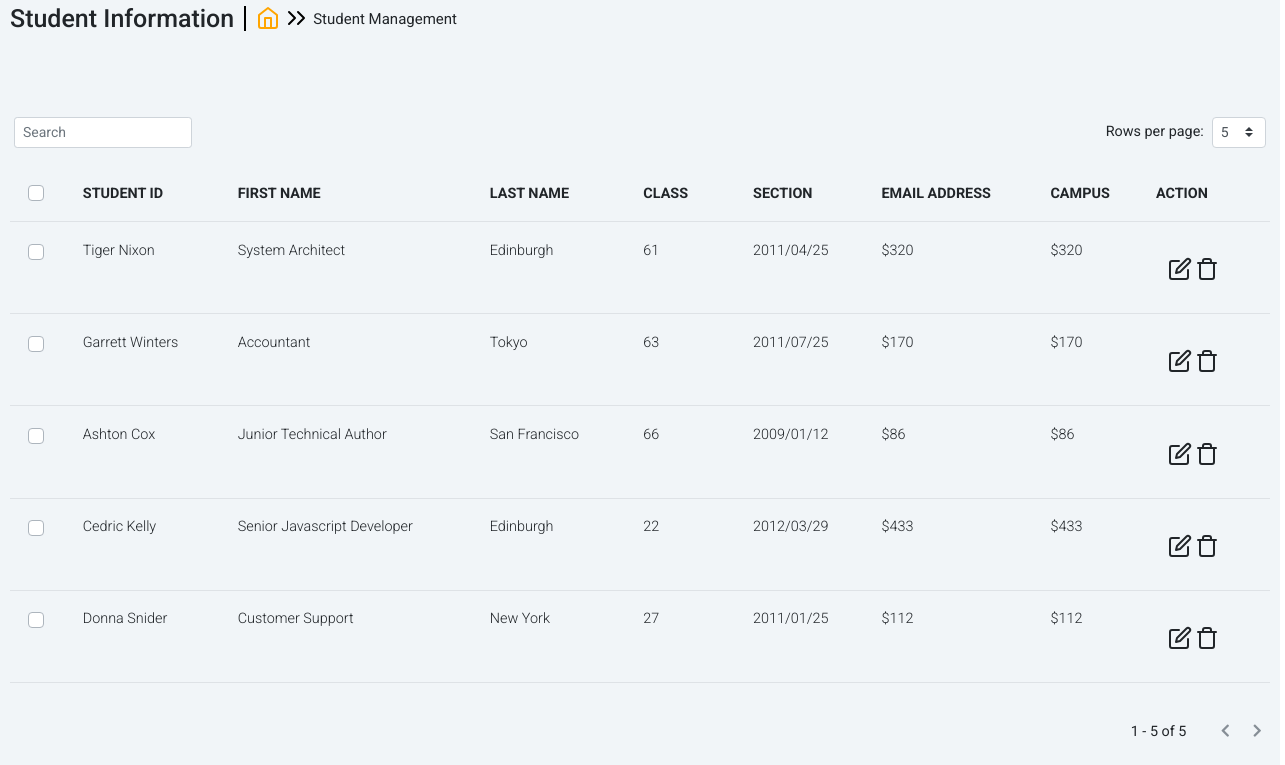
Repository: deepakrajput1998/hestabit_assignment
Page: /
An editor plug-in stored every save of this project. The page is shown before and after the next save, followed by the edit.
The browser window is 1280 px wide. The page is 1285 px wide, so the pictures cover 1285 px, including what lies to the right of the window. The pictures show the whole page.
The project was rebuilt for these pictures with package versions that can differ from the ones it lists, and the page was loaded fresh each time.

Above is the page before, as saved 2021-07-25 03:37:24.

After the next save:
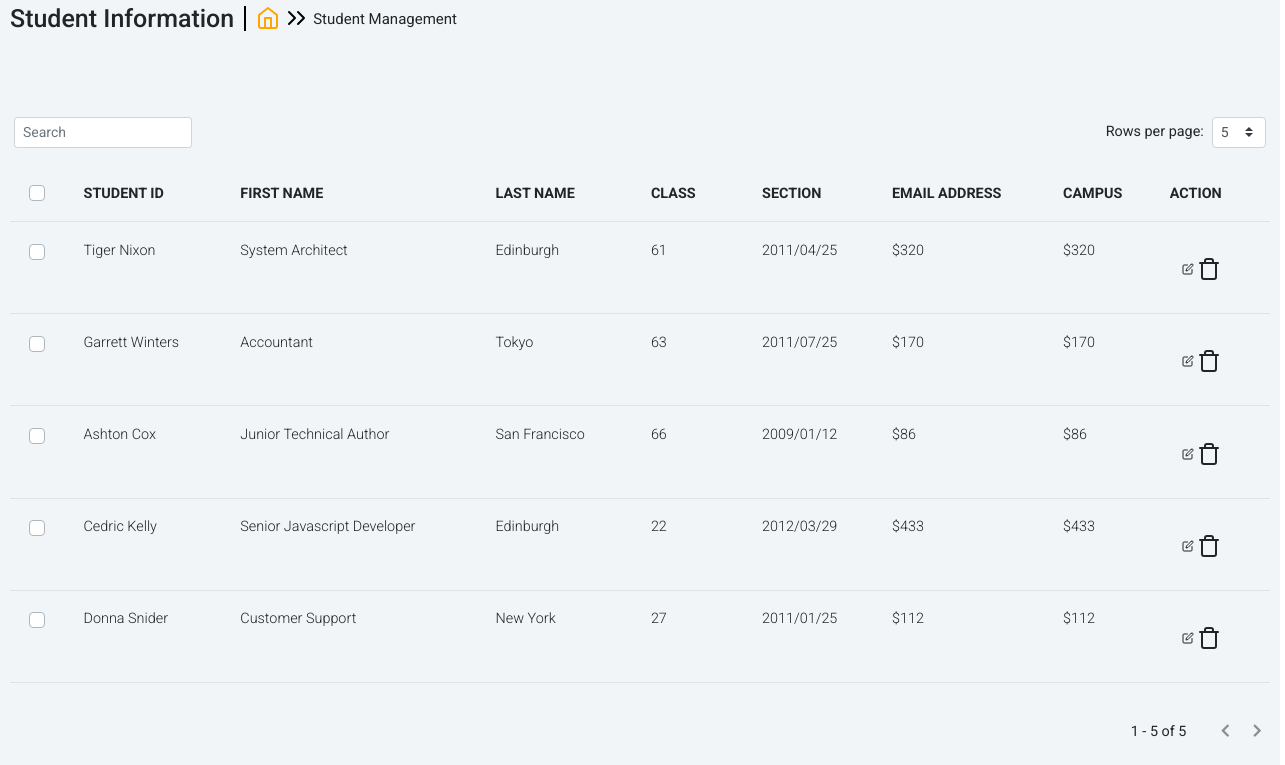
Saved 88 s later.
--- a/src/Component/Common/DataTable/DataTable.js
+++ b/src/Component/Common/DataTable/DataTable.js
@@ -65,7 +65,7 @@ export default function DataTable() {
         campus: "$320",
         action: (
           <td>
-            <Edit /> <Trash />
+            <Edit size={12}/> <Trash />
           </td>
         ),
       },
@@ -79,7 +79,7 @@ export default function DataTable() {
         campus: "$170",
         action: (
           <td>
-            <Edit /> <Trash />
+            <Edit size={12}/> <Trash />
           </td>
         ),
       },
@@ -93,7 +93,7 @@ export default function DataTable() {
         campus: "$86",
         action: (
           <td>
-            <Edit /> <Trash />
+            <Edit size={12}/> <Trash />
           </td>
         ),
       },
@@ -107,7 +107,7 @@ export default function DataTable() {
         campus: "$433",
         action: (
           <td>
-            <Edit /> <Trash />
+            <Edit size={12}/> <Trash />
           </td>
         ),
       },
@@ -122,7 +122,7 @@ export default function DataTable() {
         campus: "$112",
         action: (
           <td>
-            <Edit /> <Trash />
+            <Edit size={12}/> <Trash />
           </td>
         ),
       },
